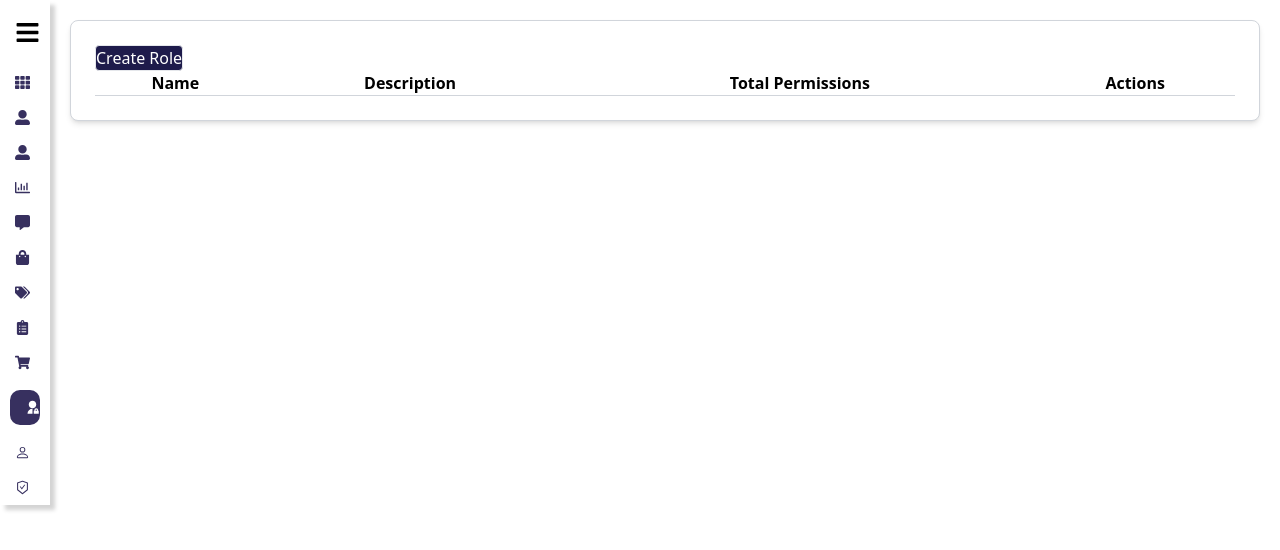
Repository: Andarg01/Admin
Page: /roles
An editor plug-in stored every save of this project. The page is shown before and after the next save, followed by the edit.
The browser window is 1280 px wide. The pictures show the whole page.
The page's requests for data from a server got no answer. The project was rebuilt for these pictures with package versions that can differ from the ones it lists, and the page was loaded fresh each time. No one was signed in, and anything a server would have sent is missing. Also part of the build but not shown: src/styles/analytics.css, src/pages/Analytics.tsx, src/pages/Dashboard.tsx, src/styles/productList.css, src/components/OrderModal.tsx, src/components/OrderTable.tsx, src/pages/Orders.tsx, src/components/CategoryModal.tsx and 16 more.

Above is the page before, as saved 2024-02-29 05:28:12.

After the next save:
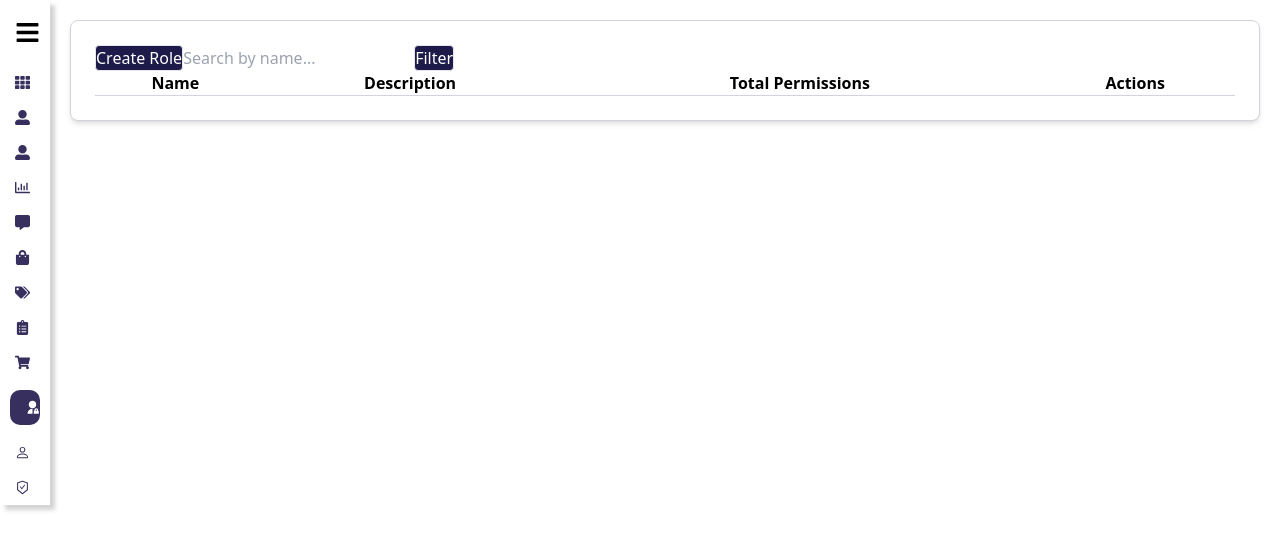
Saved 15 h 58 min later.
--- a/src/components/RoleTable.tsx
+++ b/src/components/RoleTable.tsx
@@ -1,5 +1,3 @@
-// RoleTable.tsx
-
 import React, { useState, useEffect } from 'react';
 import { useDispatch, useSelector } from 'react-redux';
 import { RootState } from '../redux/store';
@@ -17,10 +15,18 @@ const RoleTable: React.FC = () => {
 
   const [showModal, setShowModal] = useState(false);
   const [selectedRole, setSelectedRole] = useState(null);
+  const [filter, setFilter] = useState('');
+  const [filteredRoles, setFilteredRoles] = useState([]);
 
   useEffect(() => {
     dispatch(fetchRoles());
   }, [dispatch]);
+
+  useEffect(() => {
+    setFilteredRoles(roles.filter(role =>
+      role.name.toLowerCase().includes(filter.toLowerCase())
+    ));
+  }, [roles, filter]);
 
   const handleCreate = () => {
     setSelectedRole(null);
@@ -38,9 +44,22 @@ const RoleTable: React.FC = () => {
     }
   };
 
+  const handleFilter = () => {
+    setFilteredRoles(roles.filter(role =>
+      role.name.toLowerCase().includes(filter.toLowerCase())
+    ));
+  };
+
   return (
     <div className="overflow-x-auto bg-white border border-gray-300 p-6 rounded-lg shadow-md transition duration-500 ease-in-out">
       <button onClick={handleCreate} className='bg-indigo-950 border rounded hover:m-2 text-white'>Create Role</button>
+      <input
+        type="text"
+        placeholder="Search by name..."
+        value={filter}
+        onChange={(e) => setFilter(e.target.value)}
+      />
+      <button onClick={handleFilter} className="bg-indigo-950 border rounded hover:m-2 text-white">Filter</button>
       <table className="min-w-full border-b border-gray-300">
         <thead>
           <tr>
@@ -51,7 +70,7 @@ const RoleTable: React.FC = () => {
           </tr>
         </thead>
         <tbody>
-          {roles.map((role) => (
+          {filteredRoles.map((role) => (
             <tr key={role.id}>
               <td className="py-2 px-4 border-r">{role.name}</td>
               <td className="py-2 px-4 border-r">{role.description}</td>
